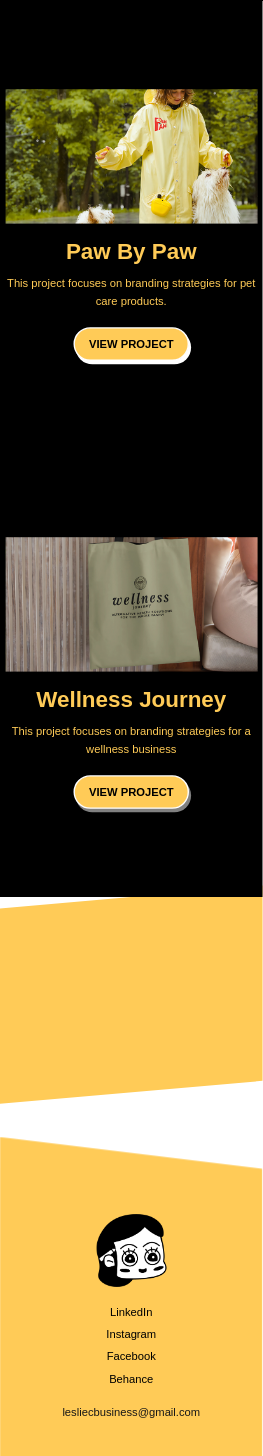
Repository: leslie179/portfolio-new
Page: /
The author's editor kept a copy of each file at every save. The page is drawn from the files as they stood at one save, then again after the next save.
The browser window is 375 px wide. The pictures show the part of the page from y = 959 to 3199 px (the page is 3039 px tall before and 3199 px after), at 70% of full size.
The project was rebuilt for these pictures with package versions that can differ from the ones it lists, and the page was loaded fresh each time. The framework's server and built-in components were replaced by stand-ins that run in the browser. Also part of the build but not shown: next.config.mjs.

Above is the page before, as saved 2025-01-20 15:05:33.

After the next save:
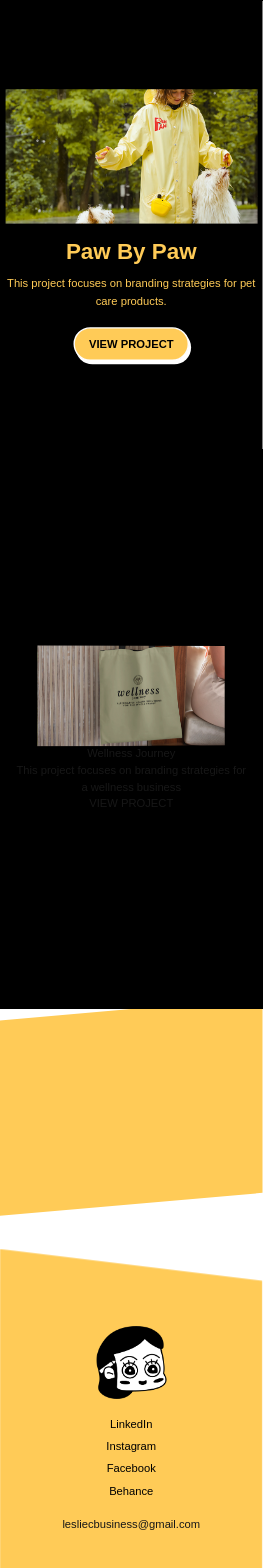
Saved 65 s later.
--- a/components/BlockThree/BlockThree.module.css
+++ b/components/BlockThree/BlockThree.module.css
@@ -1,5 +1,4 @@
-
-
+/* Base styling for the sticky block */
 .stickyBlock {
     display: flex;
     flex-direction: column;
@@ -15,92 +14,38 @@
     overflow: hidden;  /* Prevents accidental overflow */
 }
 
-.h2 {
-    color: var(--yellow);
-    font-family: 'NickySans', Arial, Helvetica, sans-serif;
-    font-weight: 900;
-    font-size: 2.8rem;
-    margin-bottom: 0.5rem;
-    text-align: center;
+/* Container for the image to allow for flipping animation */
+.flipContainer {
+    perspective: 1000px; /* Depth effect for the flip */
+    width: 80%; /* Match the image width to keep consistent */
+    max-width: 900px; /* Same as the image max width */
 }
 
-.pp {
-    color: var(--yellow);
-    font-family: 'NickySans', Arial, Helvetica, sans-serif;
-    font-weight: 400;
-    font-size: 1.1rem;
-    margin-bottom: 1.5rem;
-    max-width: 70%; /* Limits text width for better readability */
-    line-height: 1.6;
+/* Styling for the flipping image */
+.stickyBlock img {
+    width: 100%; /* Full width of the container */
+    height: auto;
+    transition: transform 2s; /* Smooth transformation for flipping */
+    transform-style: preserve-3d; /* Required for 3D transformations */
+    animation: flip 6s infinite; /* Continuous flip animation */
 }
 
-.stickyBlock img {
-    width: 80%; /* Adjusted to scale based on its container */
-    height: auto;
-    max-width: 900px;
-    margin-bottom: 1rem;
-    object-fit: cover;  /* Ensures the image covers the area it's supposed to */
-}
-
-.button {
-    background-color: var(--yellow);
-    color: black;
-    border: none;
-    padding: 10px 20px;
-    font-size: 1rem;
-    border-radius: 30px;
-    cursor: pointer;
-    text-transform: uppercase;
-    font-weight: bold;
-    box-shadow: 3px 5px 0px rgba(255, 255, 255, 0.5);
-    border: 2px solid white;
-    transition: all 0.3s ease-in-out;
-}
-
-.button:hover {
-    transform: scale(1.05) rotate(-7deg);
-    color: #1580fb;  /* Bright blue for visual feedback */
-    box-shadow: 5px 7px 0px rgba(255, 255, 255, 0.7);
-}
-
-/* Responsive Design for Tablets */
-@media (max-width: 768px) {
-    .stickyBlock {
-        height: 90vh;
-        padding: 0 3%;
+/* Keyframes for flip animation */
+@keyframes flip {
+    0%, 100% {
+        transform: rotateY(0deg);
     }
-
-    .stickyBlock img {
-        width: 90%;
-    }
-
-    .h2 {
-        font-size: 2.5rem;
-    }
-
-    .pp {
-        font-size: 1.3rem;
-        max-width: 90%;
+    50% {
+        transform: rotateY(180deg);
     }
 }
 
-/* Responsive Design for Mobile Devices */
-@media (max-width: 480px) {
-    .stickyBlock {
-        height: 80vh;
-        padding: 0 2%;
-    }
+/* Existing styles for text and button */
+.h2, .pp, .button {
+    /* Unchanged styles */
+}
 
-    .stickyBlock img {
-        width: 100%;
-    }
-
-    .h2 {
-        font-size: 2rem;
-    }
-
-    .pp {
-        font-size: 1rem;
-        max-width: 100%;
-    }
+/* Responsive adjustments unchanged */
+@media (max-width: 768px), @media (max-width: 480px) {
+    /* Unchanged responsive styles */
 }

After the save that followed:
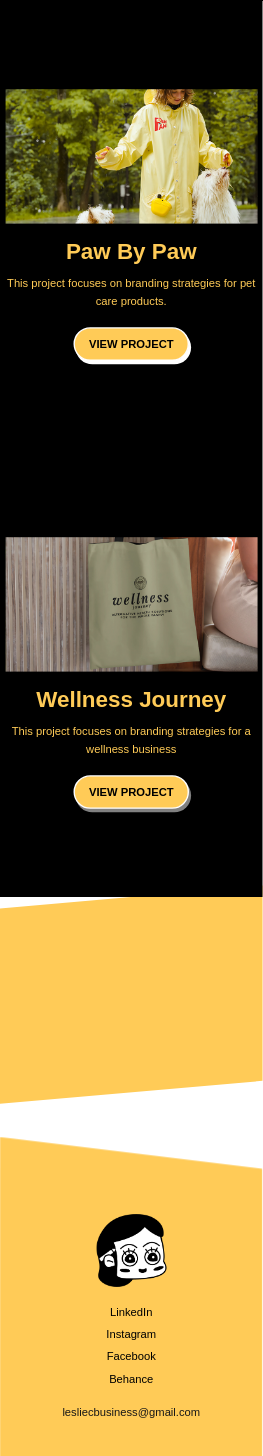
Saved 34 s later.
--- a/components/BlockThree/BlockThree.module.css
+++ b/components/BlockThree/BlockThree.module.css
@@ -1,4 +1,5 @@
-/* Base styling for the sticky block */
+
+
 .stickyBlock {
     display: flex;
     flex-direction: column;
@@ -14,38 +15,92 @@
     overflow: hidden;  /* Prevents accidental overflow */
 }
 
-/* Container for the image to allow for flipping animation */
-.flipContainer {
-    perspective: 1000px; /* Depth effect for the flip */
-    width: 80%; /* Match the image width to keep consistent */
-    max-width: 900px; /* Same as the image max width */
+.h2 {
+    color: var(--yellow);
+    font-family: 'NickySans', Arial, Helvetica, sans-serif;
+    font-weight: 900;
+    font-size: 2.8rem;
+    margin-bottom: 0.5rem;
+    text-align: center;
 }
 
-/* Styling for the flipping image */
-.stickyBlock img {
-    width: 100%; /* Full width of the container */
-    height: auto;
-    transition: transform 2s; /* Smooth transformation for flipping */
-    transform-style: preserve-3d; /* Required for 3D transformations */
-    animation: flip 6s infinite; /* Continuous flip animation */
+.pp {
+    color: var(--yellow);
+    font-family: 'NickySans', Arial, Helvetica, sans-serif;
+    font-weight: 400;
+    font-size: 1.1rem;
+    margin-bottom: 1.5rem;
+    max-width: 70%; /* Limits text width for better readability */
+    line-height: 1.6;
 }
 
-/* Keyframes for flip animation */
-@keyframes flip {
-    0%, 100% {
-        transform: rotateY(0deg);
+.stickyBlock img {
+    width: 80%; /* Adjusted to scale based on its container */
+    height: auto;
+    max-width: 900px;
+    margin-bottom: 1rem;
+    object-fit: cover;  /* Ensures the image covers the area it's supposed to */
+}
+
+.button {
+    background-color: var(--yellow);
+    color: black;
+    border: none;
+    padding: 10px 20px;
+    font-size: 1rem;
+    border-radius: 30px;
+    cursor: pointer;
+    text-transform: uppercase;
+    font-weight: bold;
+    box-shadow: 3px 5px 0px rgba(255, 255, 255, 0.5);
+    border: 2px solid white;
+    transition: all 0.3s ease-in-out;
+}
+
+.button:hover {
+    transform: scale(1.05) rotate(-7deg);
+    color: #1580fb;  /* Bright blue for visual feedback */
+    box-shadow: 5px 7px 0px rgba(255, 255, 255, 0.7);
+}
+
+/* Responsive Design for Tablets */
+@media (max-width: 768px) {
+    .stickyBlock {
+        height: 90vh;
+        padding: 0 3%;
     }
-    50% {
-        transform: rotateY(180deg);
+
+    .stickyBlock img {
+        width: 90%;
+    }
+
+    .h2 {
+        font-size: 2.5rem;
+    }
+
+    .pp {
+        font-size: 1.3rem;
+        max-width: 90%;
     }
 }
 
-/* Existing styles for text and button */
-.h2, .pp, .button {
-    /* Unchanged styles */
+/* Responsive Design for Mobile Devices */
+@media (max-width: 480px) {
+    .stickyBlock {
+        height: 80vh;
+        padding: 0 2%;
+    }
+
+    .stickyBlock img {
+        width: 100%;
+    }
+
+    .h2 {
+        font-size: 2rem;
+    }
+
+    .pp {
+        font-size: 1rem;
+        max-width: 100%;
+    }
 }
-
-/* Responsive adjustments unchanged */
-@media (max-width: 768px), @media (max-width: 480px) {
-    /* Unchanged responsive styles */
-}
